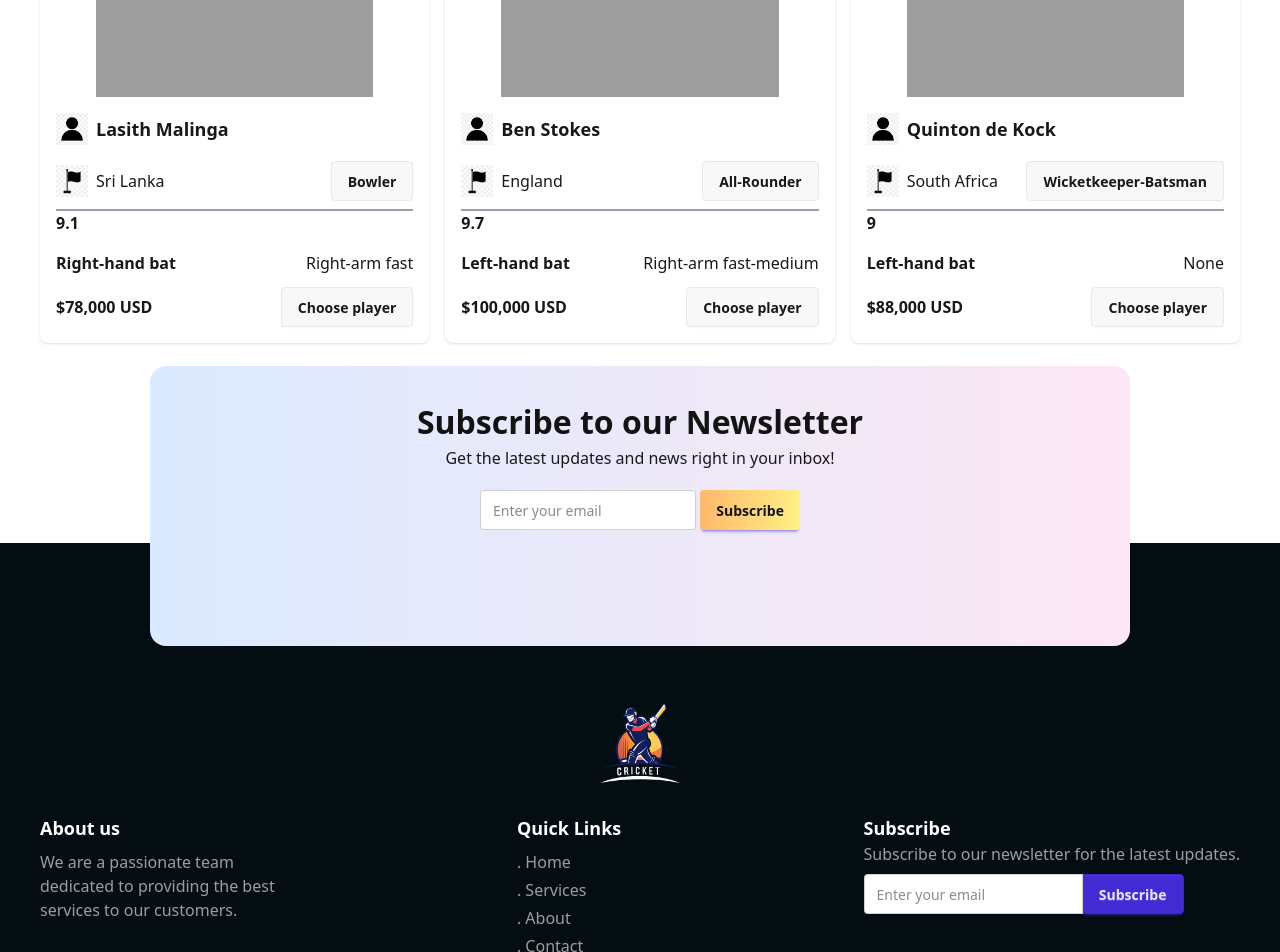
Repository: SanjidaSnigdha/Select-your-eleven
Page: /
The author's editor kept a copy of each file at every save. The page is drawn from the files as they stood at one save, then again after the next save.
The browser window is 1280 px wide. The pictures show the part of the page from y = 2734 to 3686 px (the page is 3807 px tall).
Pictures or frames that could not be fetched are drawn as grey boxes. The project was rebuilt for these pictures with package versions that can differ from the ones it lists, and the page was loaded fresh each time. Also part of the build but not shown: vite.config.js, src/App.css, src/components/SelectedCard/SelectedCard.jsx, src/components/SelectedPlayers/SelectedPlayers.jsx.

Above is the page before, as saved 2026-03-23 02:09:16.

### index.html
<!doctype html>
<html lang="en" style="color-scheme: light;">
  <head>
    <meta charset="UTF-8" />
    <link rel="icon" type="image/svg+xml" href="/favicon.svg" />
    <meta name="viewport" content="width=device-width, initial-scale=1.0" />
    <title>select-your-eleven</title>
  </head>
  <body>
    <div id="root"></div>
    <script type="module" src="/src/main.jsx"></script>
  </body>
</html>

### src/index.css
 @import "tailwindcss";
 @plugin "daisyui" {
  themes: light --default, dark --prefersdark;
  themes: light --default;
 }

### src/App.jsx

import './App.css'
import { ToastContainer } from 'react-toastify';

import AvailablePlayers from './components/AvailablePlayers/AvailablePlayers'
import SelectedPlayers from './components/SelectedPlayers/SelectedPlayers'
import Navbar from './components/Navbar/Navbar'
import { Suspense, useState } from 'react'
import Banner from './components/Banner/Banner';
import Footer from './components/Footer/Footer';
import NewsLetter from './components/NewsLetter/NewsLetter';

const fetchPlayers = async () =>{
  const res = await fetch("/players.json")
  return res.json()
}
const playersPromise = fetchPlayers()


function App() {
  const [toggle,setToggle] = useState(true)
  const [availableBalance,setAvailableBalance] = useState(600000)
  const [purchasedPlayers,setPurchasedPlayers] = useState([])
  const removePlayer = (p) =>{
    const filteredData = purchasedPlayers.filter(ply=> ply.player_name!==p.player_name)
    console.log(filteredData)
    setPurchasedPlayers(filteredData)
    setAvailableBalance(availableBalance+parseInt(p.price.split("USD").join("").
                split(",").join("")))

  }

  return (
    <>
   <Navbar availableBalance={availableBalance}></Navbar>
   <Banner></Banner>
   <div className='max-w-[1200px] mx-auto flex justify-between items-center'>
    <h1 className='font-bold text-2xl'>{
    toggle===true?"Available players":`Selected players(${purchasedPlayers.length}/6)`}</h1>
    <div className='font-bold'>
      <button onClick={()=>setToggle(true)} className={`py-3 px-4 border-1 border-gray-400 rounded-l-2xl border-r-0 ${toggle===true?"bg-[#E7FE29]":""}`}>Available</button>
      <button onClick={()=>setToggle(false)} className={`py-3 px-4 border-1 border-gray-400 rounded-r-2xl border-l-0 ${toggle===false?"bg-[#E7FE29]":""}`}>Selected <span>({purchasedPlayers.length})</span></button>
    </div>

   </div>

     {
      toggle === true?<Suspense fallback={<span className="loading loading-spinner loading-xl"></span>
}>
    <AvailablePlayers purchasedPlayers={purchasedPlayers} setPurchasedPlayers={setPurchasedPlayers} availableBalance={availableBalance} setAvailableBalance={setAvailableBalance} playersPromise={playersPromise}></AvailablePlayers>
</Suspense>:<SelectedPlayers removePlayer={removePlayer} purchasedPlayers={purchasedPlayers} setToggle={setToggle}></SelectedPlayers>

     }



      <ToastContainer></ToastContainer>
      <NewsLetter></NewsLetter>
      <Footer></Footer>

    </>
  )
}

export default App

### src/components/AvailablePlayers/AvailablePlayers.jsx
import React, { use } from 'react';

import PlayerCard from '../PlayerCard/PlayerCard';

const AvailablePlayers = ({playersPromise,setAvailableBalance,availableBalance,purchasedPlayers,setPurchasedPlayers}) => {
    const playerData = use(playersPromise)
    return (
        <div className='max-w-[1200px] mx-auto grid grid-cols-1 md:grid-cols-3 gap-4'>

            {
              playerData.map(player=><PlayerCard setPurchasedPlayers={setPurchasedPlayers} purchasedPlayers={purchasedPlayers} availableBalance={availableBalance} setAvailableBalance={setAvailableBalance} player={player}></PlayerCard>


              )
            }

        </div>
    );
};

export default AvailablePlayers;

### src/components/Navbar/Navbar.jsx
import React from 'react';
import navImg from "../../assets/logo.png"
import dollarImg from "../../assets/dollar-1.png"

const Navbar = ({availableBalance}) => {
    return (

         <div className="navbar max-w-[1200px] mx-auto">
          <div className="flex-1">
            <a className="text-xl">
              <img className="w-60px h-50px mt-4" src={navImg} alt="" />
           </a>
          </div>
          <div className='flex justify-between items-center text-gray-500 w-60 h-20 font-semibold mr-30 gap-4'>
            <a>Home</a>
            <a>Fixture</a>
            <a>Teams</a>
            <a>Schedules</a>
          </div>
          <div className="flex items-center gap-1 ml-4">
          <span className='mr-1'>{availableBalance}</span>
          <span className='mr-1'>Coin</span>
          <img className="w-5 h-5" src={dollarImg} alt="" />
         </div>
       </div>
    );

};

export default Navbar;

### src/components/Banner/Banner.jsx
import React from 'react';
import bannerImg from '../../assets/banner-main.png'

const Banner = () => {
    return (
        <div className='max-w-[1200px] mx-auto h-[475px] bg-[#131313]/90 mt-8 mb-10 rounded-3xl relative'>
           <img src={bannerImg} alt="" className='w-2/12 mx-auto p-10'/>
           <div>
            <h1 className='font-bold w-[970px] h-[60px] text-[#FFFFFF] w-2/12 mx-auto text-center mt-2 text-xl'>Assemble Your Ultimate Dream 11 Cricket Team</h1>
            <p className='text-[#FFFFFF]/70 text-center'>Beyond Boundaries Beyond Limits</p>
            <button className='btn border-amber-400 p-1 flex mt-8 rounded-xl font-bold bg-[#E7FE29] w-2/12 mx-auto text-center items-center'>Claim Free Credit</button>
           </div>
        </div>

    );
};

export default Banner;

### src/components/Footer/Footer.jsx
import React from 'react';
import footerImg from "../../assets/logo-footer.png"

const Footer = () => {
    return (
        <footer className="bg-[#040D11] text-base-content p-10 mt-50 w-full h-[530px] relative">
            {/* Footer Image */}
            <div className='flex justify-center mt-30'>
            <img src={footerImg} alt="" className='w-20 h-20 mb-8'/>
            </div>
   <div className='flex flex-col md:flex-row justify-between gap-8'>
    <div>
    <h6 className="font-semibold text-[18px] text-[#FFFFFF]">About us</h6>
    <p className='mt-2 text-[#FFFFFF]/60'>We are a passionate team<br></br>dedicated to providing the best <br></br> services to our customers.</p>

  </div>
  <div className='text-[#FFFFFF]'>
    <h6 className="font-semibold text-[18px]">Quick Links</h6>
    <div className='flex flex-col mt-2 gap-1 text-[#FFFFFF]/60'>
    <a className="link link-hover">. Home</a>
    <a className="link link-hover">. Services</a>
    <a className="link link-hover">. About</a>
    <a className="link link-hover">. Contact</a>
    </div>
  </div>

  <form>
    <h6 className="text-[#FFFFFF] font-semibold text-[18px]">Subscribe</h6>
    <p className='text-[#FFFFFF]/60'>Subscribe to our newsletter for the latest updates.</p>
    <fieldset className="w-80">
      <div className="join mt-2">
        <input
          type="text"
          placeholder="Enter your email"
          className="input input-bordered join-item" />
        <button className="btn btn-primary join-item">Subscribe</button>
      </div>
    </fieldset>
  </form>

  </div>
  <div className='text-center'>
     <p className='text-[#FFFFFF]/60 mt-8'>@2024 Your Company All Rights Reserved.</p>
</div>
</footer>
    );
};

export default Footer;

### src/components/NewsLetter/NewsLetter.jsx
import React from 'react';

const NewsLetter = () => {
    return (
        <div className='w-[980px] h-[280px] rounded-2xl bg-gradient-to-r from-blue-100 via-white-100 to-pink-100 absolute -bottom-665 left-1/2 transform -translate-x-1/2 z-10 mt-8 items-center text-center p-8'>
            <h1 className='font-bold text-[32px] text-[#131313]'>Subscribe to our Newsletter</h1>
            <p className='bg-[#131313]70'>Get the latest updates and news right in your inbox!</p>
             <form>
    <fieldset className="w-80 mx-auto mt-3">
      <div className="gap-1 mt-2 flex">
        <input
          type="text"
          placeholder="Enter your email"
          className="input" />
        <button className="btn btn-primary bg-gradient-to-l border-none from bg-yellow-200 to-orange-300 text-[#131313] font-bold">Subscribe</button>
      </div>
    </fieldset>
  </form>

        </div>
    );
};

export default NewsLetter;

### src/components/PlayerCard/PlayerCard.jsx
import React, { useState } from 'react';
import userImg from "../../assets/man.png"
import flagImg from "../../assets/flag.jpg"
import { toast } from 'react-toastify';

const PlayerCard = ({player,setAvailableBalance,availableBalance,purchasedPlayers,setPurchasedPlayers}) => {
    const [isSelected,setIsSelected] = useState(false)

    const handleSelected = (playerData) =>{
        const playerPrice = parseInt(playerData.price.split("USD").join("").
                split(",").join(""))
                if(availableBalance<playerPrice){
                    toast("Not enough coins!!")
                    return
                }
                if(purchasedPlayers.length===6){
                    toast("6 players already selected")
                    return
                }

         setIsSelected(true)
                setAvailableBalance(availableBalance - playerPrice);
                setPurchasedPlayers([...purchasedPlayers,playerData])


    };
    return (
                        <div className="card bg-base-100 shadow-sm p-4">
         <figure className="px-10 pt-10">
           <img
             src={player.player_image}
             alt="Shoes"
             className='w-full h-[280px] object-cover'
              />
         </figure>
         <div className="mt-4">
           <div className='flex'>
               <img className='w-8 h-8' src={userImg} alt="" /><h2 className='card-title ml-2'>{player.player_name}</h2>
           </div>
           <div className='flex justify-between mt-4 border-b-2 border-gray-400 pb-2'>
       <div className='flex items-center'>
           <img className='w-8 h-8' src={flagImg} alt="" />
           <span className='ml-2'>{player.player_country}</span>
           </div>
           <button className='btn'>{player.playing_role}</button>
           </div>
       <div className='flex justify-between font-bold'>
           <span>{player.rating}</span>

       </div>
       <div className='flex justify-between mt-4'>
           <span className='font-bold'>{player.bating_style}</span>
           <span>{player.bowling_style}</span>
       </div>

           <div className="card-actions mt-3 flex justify-between items-center">
               <p className='font-bold'>${player.price}</p>
             <button disabled={isSelected} onClick={()=>{handleSelected(player)

             }} className="btn">{isSelected===true?"Selected":"Choose player"}</button>
           </div>
         </div>
       </div>
    );
};

export default PlayerCard;

### public/players.json
[
  {
    "player_image": "https://i.ibb.co.com/CKt7DdsZ/shakib-al-hasan-smiling-8olow941lckcha6b.jpg",
    "player_name": "Shakib Al Hasan",
    "player_country": "Bangladesh",
    "playing_role": "All-Rounder",
    "rating": 9.5,
    "bating_style": "Left-hand bat",
    "bowling_style": "Slow left-arm orthodox",
    "price": "75,000 USD"
  },
  {
    "player_image": "https://i.ibb.co.com/WWKnGkNs/Faf-du-Plessis.jpg",
    "player_name": "Faf du Plessis",
    "player_country": "South Africa",
    "playing_role": "Batsman",
    "rating": 9.0,
    "bating_style": "Right-hand bat",
    "bowling_style": "Right-arm medium",
    "price": "70,000 USD"
  },
  {
    "player_image": "https://i.ibb.co.com/XZxnnz3F/Rashid-Khan.jpg",
    "player_name": "Rashid Khan",
    "player_country": "Afghanistan",
    "playing_role": "Bowler",
    "rating": 9.8,
    "bating_style": "Right-hand bat",
    "bowling_style": "Right-arm leg spin",
    "price": "85,000 USD"
  },
  {
    "player_image": "https://i.ibb.co.com/4w5xgSNn/liton-das.jpg",
    "player_name": "Liton Das",
    "player_country": "Bangladesh",
    "playing_role": "Wicketkeeper-Batsman",
    "rating": 8.7,
    "bating_style": "Right-hand bat",
    "bowling_style": "None",
    "price": "60,000 USD"
  },
  {
    "player_image": "https://i.ibb.co.com/391gsfv8/Andre-Russell.jpg",
    "player_name": "Andre Russell",
    "player_country": "West Indies",
    "playing_role": "All-Rounder",
    "rating": 9.6,
    "bating_style": "Right-hand bat",
    "bowling_style": "Right-arm fast",
    "price": "90,000 USD"
  },
  {
    "player_image": "https://i.ibb.co.com/67D8FvCn/Mustafizur-Rahman.webp",
    "player_name": "Mustafizur Rahman",
    "player_country": "Bangladesh",
    "playing_role": "Bowler",
    "rating": 8.9,
    "bating_style": "Left-hand bat",
    "bowling_style": "Left-arm fast-medium",
    "price": "65,000 USD"
  },
  {
    "player_image": "https://i.ibb.co.com/h1wRWkVC/David-Warner.jpg",
    "player_name": "David Warner",
    "player_country": "Australia",
    "playing_role": "Batsman",
    "rating": 9.4,
    "bating_style": "Left-hand bat",
    "bowling_style": "Right-arm leg spin",
    "price": "95,000 USD"
  },
  {
    "player_image": "https://i.ibb.co.com/0VsmTGGY/Sunil-Narine.jpg",
    "player_name": "Sunil Narine",
    "player_country": "West Indies",
    "playing_role": "All-Rounder",
    "rating": 9.2,
    "bating_style": "Left-hand bat",
    "bowling_style": "Right-arm off spin",
    "price": "80,000 USD"
  },
  {
    "player_image": "https://i.ibb.co.com/HpkRbDz3/Babar.png",
    "player_name": "Babar Azam",
    "player_country": "Pakistan",
    "playing_role": "Batsman",
    "rating": 9.3,
    "bating_style": "Right-hand bat",
    "bowling_style": "None",
    "price": "92,000 USD"
  },
  {
    "player_image": "https://i.ibb.co.com/dsk08w2x/Lasith-Malinga1.jpg",
    "player_name": "Lasith Malinga",
    "player_country": "Sri Lanka",
    "playing_role": "Bowler",
    "rating": 9.1,
    "bating_style": "Right-hand bat",
    "bowling_style": "Right-arm fast",
    "price": "78,000 USD"
  },
  {
    "player_image": "https://i.ibb.co.com/s9vHr4tS/Ben-Stokes.png",
    "player_name": "Ben Stokes",
    "player_country": "England",
    "playing_role": "All-Rounder",
    "rating": 9.7,
    "bating_style": "Left-hand bat",
    "bowling_style": "Right-arm fast-medium",
    "price": "100,000 USD"
  },
  {
    "player_image": "https://i.ibb.co.com/gFhPmT1c/Quinton-de-Kock1.jpg",
    "player_name": "Quinton de Kock",
    "player_country": "South Africa",
    "playing_role": "Wicketkeeper-Batsman",
    "rating": 9.0,
    "bating_style": "Left-hand bat",
    "bowling_style": "None",
    "price": "88,000 USD"
  }
]

Loaded but not shown: src/main.jsx (common file)

After the next save:
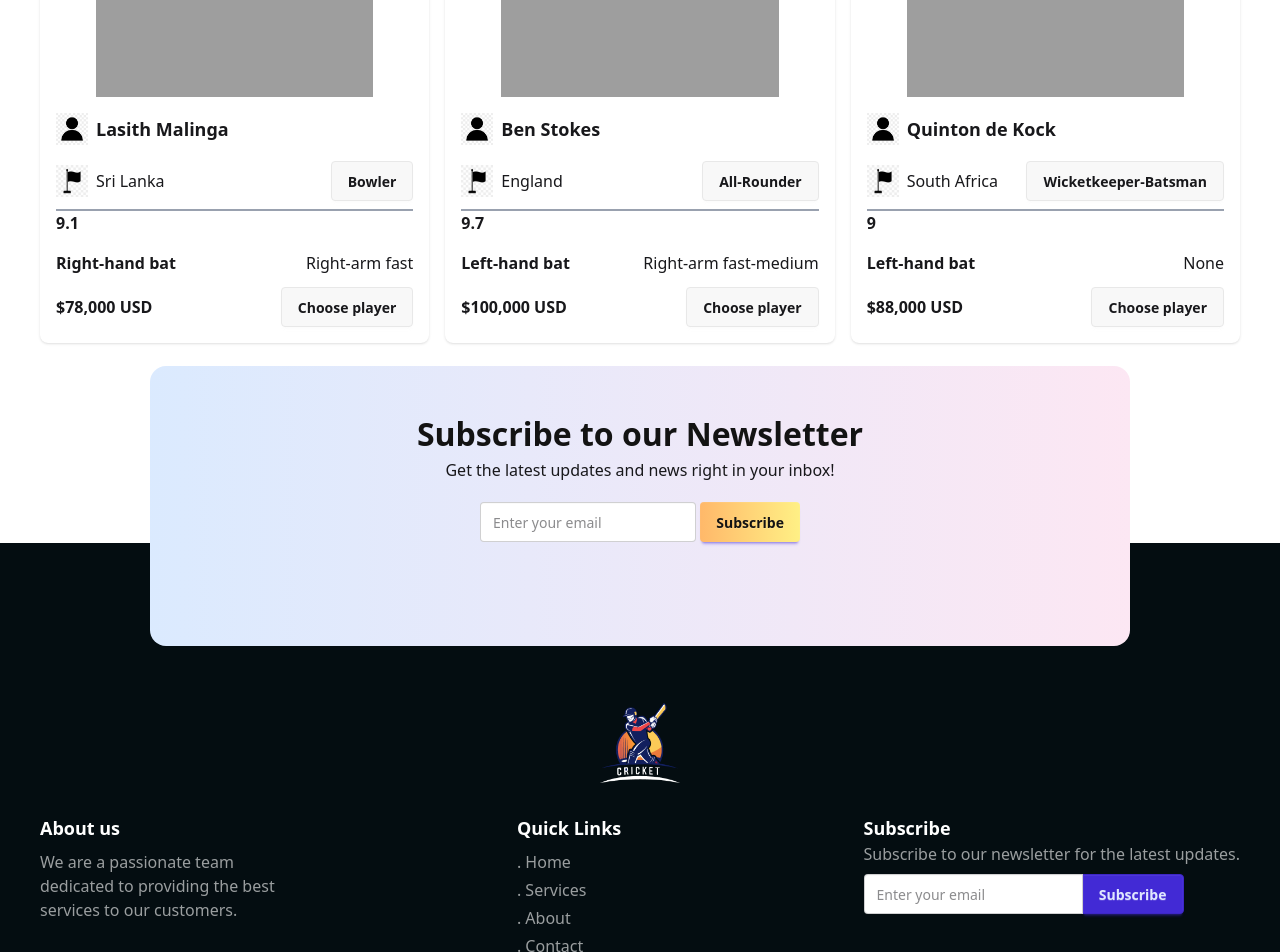
Saved 48 s later.
--- a/src/components/NewsLetter/NewsLetter.jsx
+++ b/src/components/NewsLetter/NewsLetter.jsx
@@ -3,7 +3,7 @@
 const NewsLetter = () => {
     return (
         <div className='w-[980px] h-[280px] rounded-2xl bg-gradient-to-r from-blue-100 via-white-100 to-pink-100 absolute -bottom-665 left-1/2 transform -translate-x-1/2 z-10 mt-8 items-center text-center p-8'>
-            <h1 className='font-bold text-[32px] text-[#131313]'>Subscribe to our Newsletter</h1>
+            <h1 className='font-bold text-[32px] text-[#131313] mt-3'>Subscribe to our Newsletter</h1>
             <p className='bg-[#131313]70'>Get the latest updates and news right in your inbox!</p>
              <form>
     <fieldset className="w-80 mx-auto mt-3">
